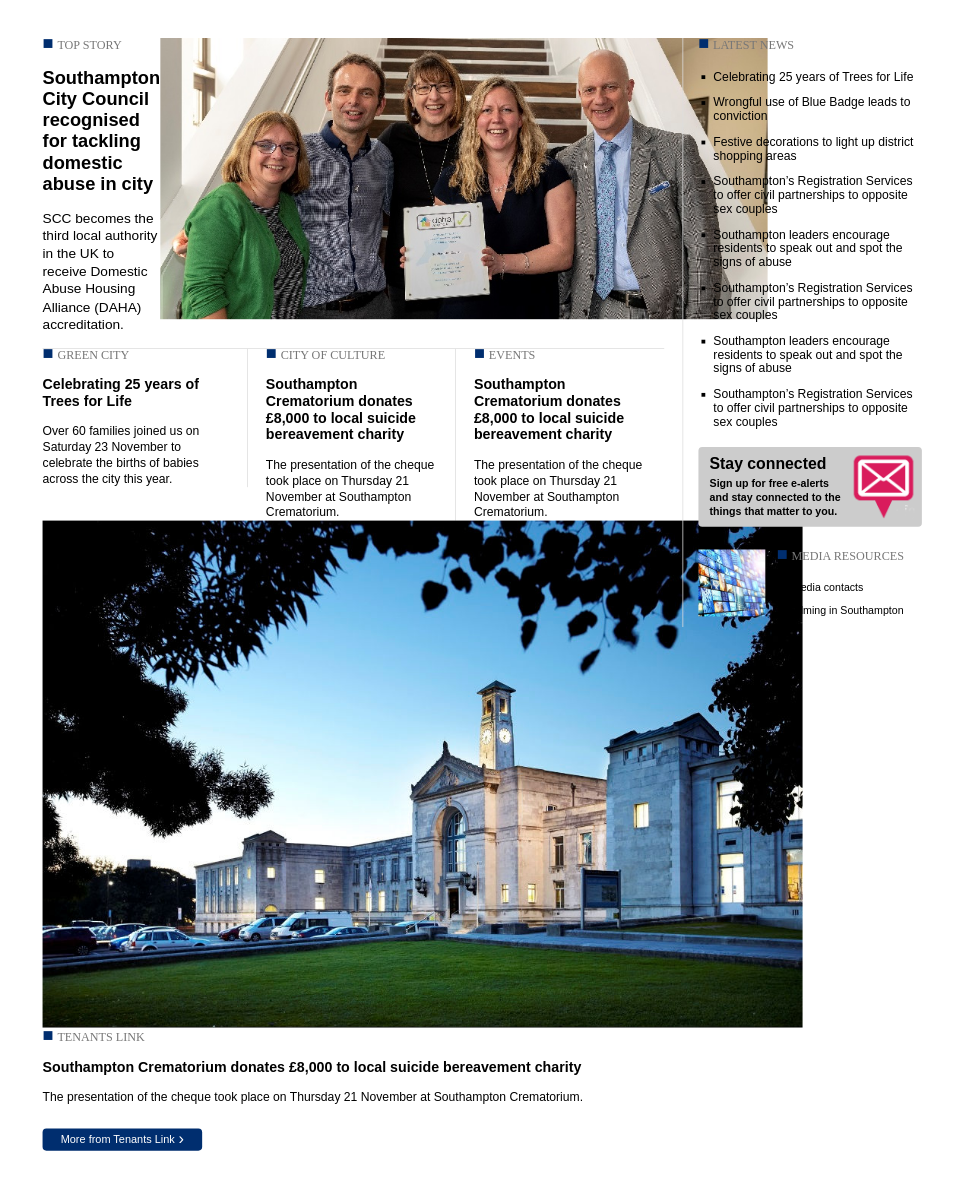
Repository: Domehead123/newspage
Page: news.html
The author's editor kept a record of every edit. The page is drawn from the files as they stood at one moment, then again after the next edit.
The browser window is 1280 px wide. The pictures show the whole page, at 76% of full size.
Some web libraries are served in a nearby version.

Above is the page before.

After the next edit:
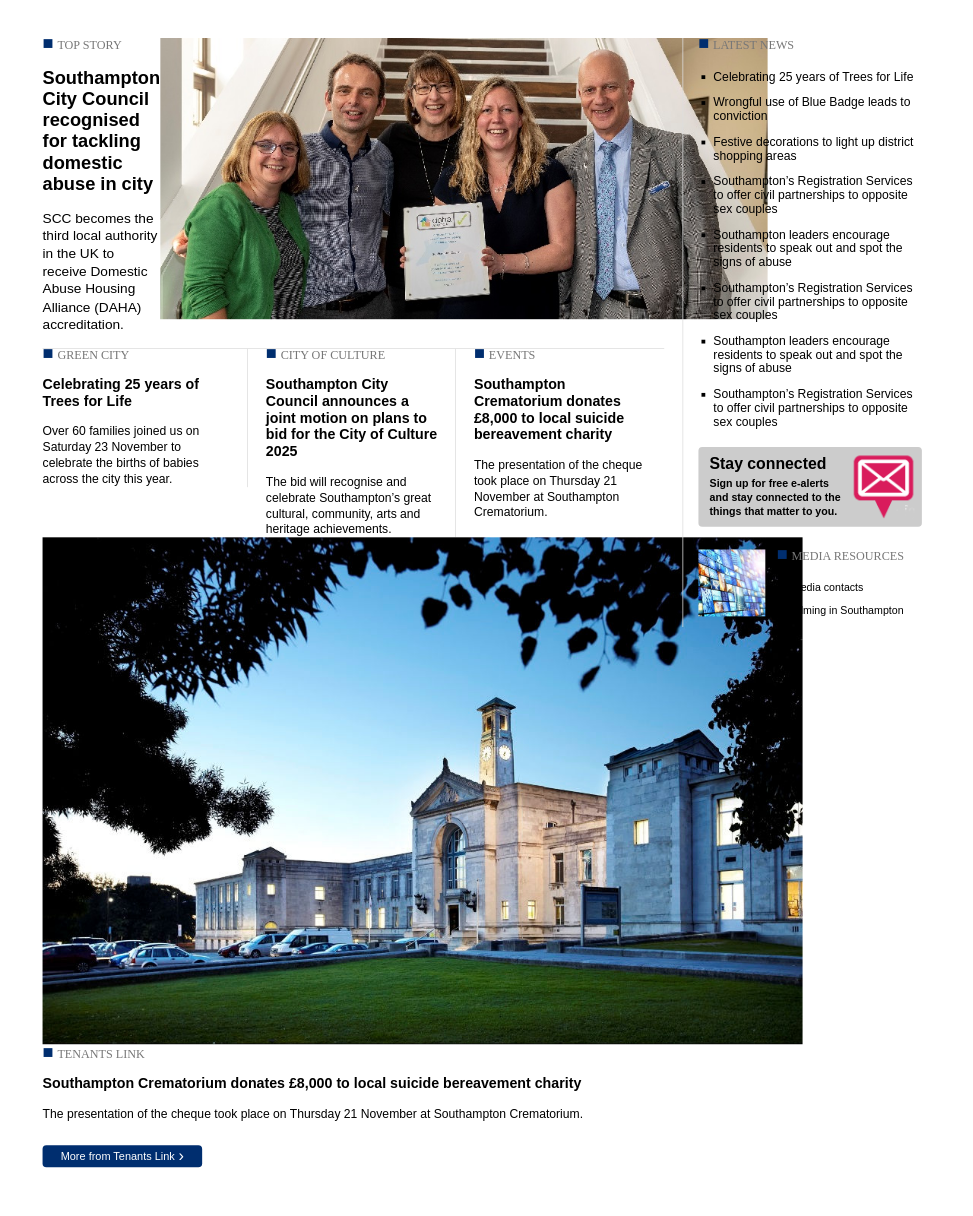
The edit:
--- a/news.html
+++ b/news.html
@@ -46,8 +46,8 @@
                 <div class="topic right-border">
                     <div class="subject-header">CITY OF CULTURE</div>
 
-                    <h3><a href="#">Southampton Crematorium donates £8,000 to local suicide bereavement charity</a></h3>
-                    <p><a href="#">The presentation of the cheque took place on Thursday 21 November at Southampton Crematorium.</a></p>
+                    <h3><a href="#">Southampton City Council announces a joint motion on plans to bid for the City of Culture 2025</a></h3>
+                    <p><a href="#">The bid will recognise and celebrate Southampton’s great cultural, community, arts and heritage achievements.</a></p>
                 </div>
 
                 <div class="topic">
